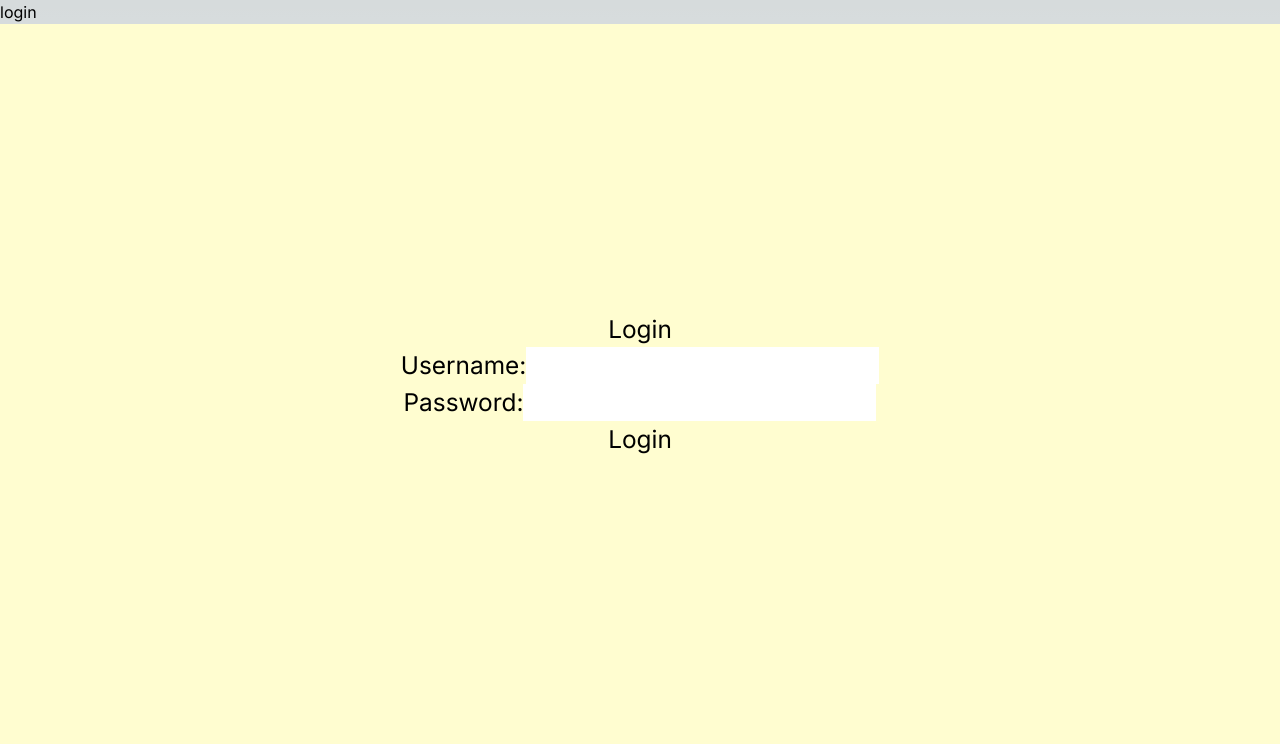
Repository: tech-keno/strawhatsvit
Page: /login (app in frontend/)
The author's editor kept a copy of each file at every save. The page is drawn from the files as they stood at one save, then again after the next save.
The browser window is 1280 px wide. The pictures show the whole page.
The project was rebuilt for these pictures with package versions that can differ from the ones it lists, and the page was loaded fresh each time. The framework's server and built-in components were replaced by stand-ins that run in the browser. Also part of the build but not shown: frontend/next.config.js, frontend/next.config.mjs.

Above is the page before, as saved 2024-09-05 15:20:14.

After the next save:
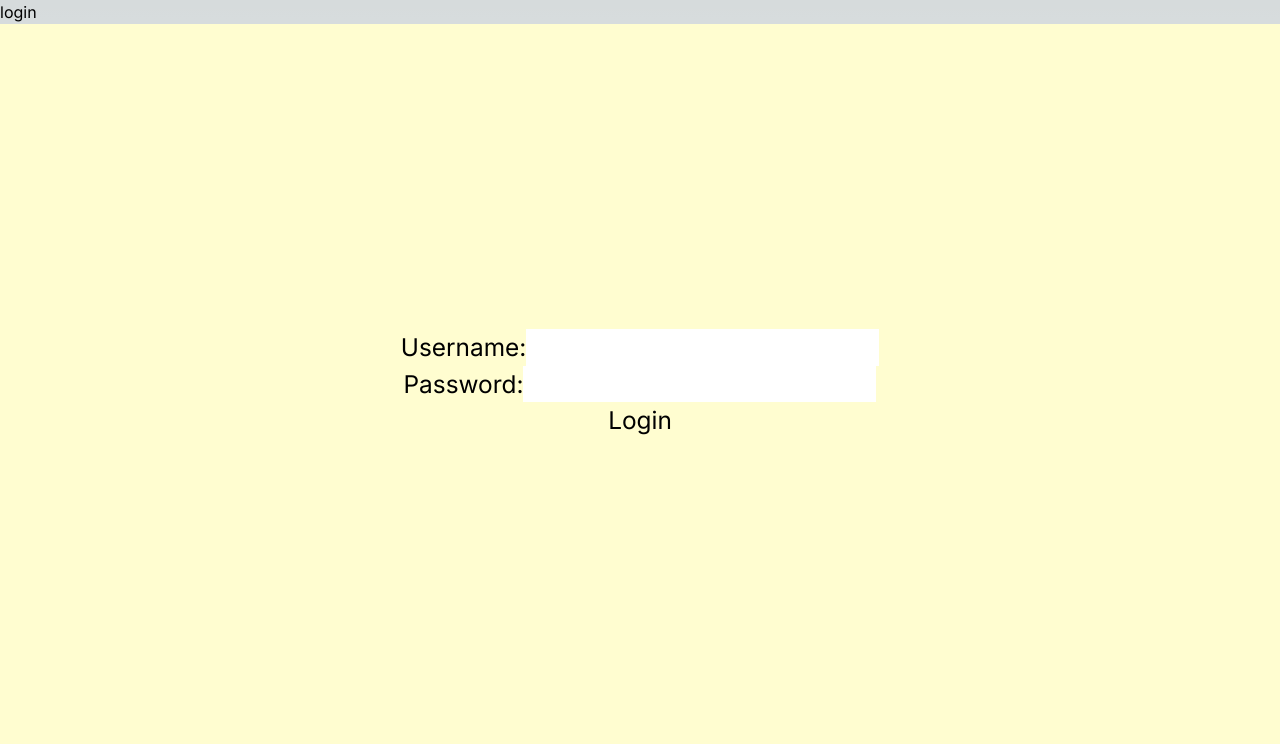
Saved 11 s later.
--- a/frontend/src/app/login/login.jsx
+++ b/frontend/src/app/login/login.jsx
@@ -41,7 +41,6 @@
   return (
     <div className="App">
       <header className="App-header">
-        <h1>Login</h1>
         <form onSubmit={handleLoginSubmit}>
           <div>
             <label>Username:</label>
